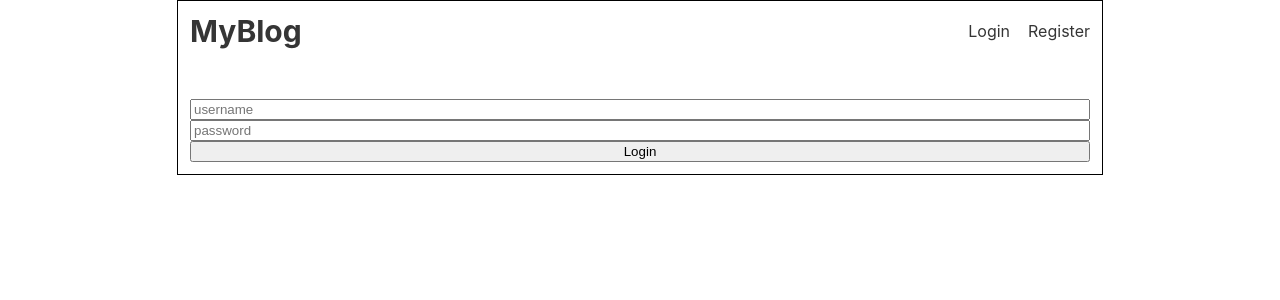
Repository: ateeque-219/BlogApp
Page: /login (app in blogapp/)
An editor plug-in stored every save of this project. The page is shown before and after a run of saves, followed by the edit.
The browser window is 1280 px wide. The pictures show the whole page.
The project was rebuilt for these pictures with package versions that can differ from the ones it lists, and the page was loaded fresh each time. Also part of the build but not shown: blogapp/src/Post.js, blogapp/src/pages/Indexpage.js, blogapp/src/pages/RegisterPage.js.

Above is the page before, as saved 2024-01-09 13:07:47.

### blogapp/src/index.js
import React from 'react';
import ReactDOM from 'react-dom/client';
import './index.css';
import App from './App';
import  { BrowserRouter } from "react-router-dom";

const root = ReactDOM.createRoot(document.getElementById('root'));
root.render(
  <React.StrictMode>
   <BrowserRouter>
   <App />
   </BrowserRouter>
  </React.StrictMode>
);

### blogapp/src/App.js

import { Route, Routes } from 'react-router';
import './App.css';
import Layoutt from './Layoutt';
import Indexpage from './pages/Indexpage';
import LoginPage from './pages/LoginPage';
import RegisterPage from './pages/RegisterPage';
function App() {
  return (
    <Routes>
      <Route path="/" element={<Layoutt />}>
        <Route index element={<Indexpage />} />
        <Route path="/login" element={<LoginPage/>} />
        <Route path ="/register" element={<RegisterPage/>}/>
      </Route>
    </Routes>
  );
}

export default App;

### blogapp/src/App.css
body{
  color: #353535;
}
img{
  max-width: 100%;
}
main{
  padding: 12px;
  max-width: 900px;
  margin:0 auto ;
  border: 1px solid black;
}
header{
 display: flex;
 justify-content: space-between;
 margin-bottom: 50px;
 align-items: center;
}
header a{
  text-decoration: none;
  color: inherit;
}
header a.logo{
  font-weight: bolder;
  font-size: 30px;
}
header nav{
  display: flex;
  gap: 18px;
}
div.post{
  display: flex;
  gap: 22px;
   margin-bottom: 44px;
}
div.texts{
  margin: 0;
  padding: 0;
}

.texts h2 {
  margin: 0;
}

.image {
  margin-top: 18px;
  width: 600px;
}
div.post p.info{
  margin: 5px 0;
  display: flex;
  gap: 5px;
  font-weight: bold;
  color: #888;
  font-size: 1rem;

}
div.post p.info a.author{
  color: #333;
}
div.post p.summary{
  margin:4px 0;
  line-height: 1.5rem;
}
form.login , form.register{
  display: flex;
  flex-direction: column;
}

### blogapp/src/Layoutt.js
import React from 'react'
import Head from './Head'
import { Outlet } from 'react-router-dom'
const Layoutt = () => {
  return (
    <main>
      <Head></Head>
      <Outlet/>
    </main>
  )
}

export default Layoutt

### blogapp/src/pages/LoginPage.js
import React from 'react'
const LoginPage = () => {
  return (
    <form className="login">
    <input type="text" placeholder='username'/>
    <input type="password" placeholder='password'/>
     <button>Login</button>
    </form>
  );
}

export default LoginPage

### blogapp/src/Head.js
import React from 'react'
import { Link } from 'react-router-dom';
const Head = () => {
  return (
    <div><header>
    <Link to="/" className="logo">MyBlog</Link>
    <nav>
      <Link to="/login">Login</Link>
      <Link to="/register">Register</Link>
    </nav>
  </header></div>
  );
};
export default Head;

Loaded but not shown: blogapp/public/index.html (common file); blogapp/src/index.css (common file)

After the next 2 saves:
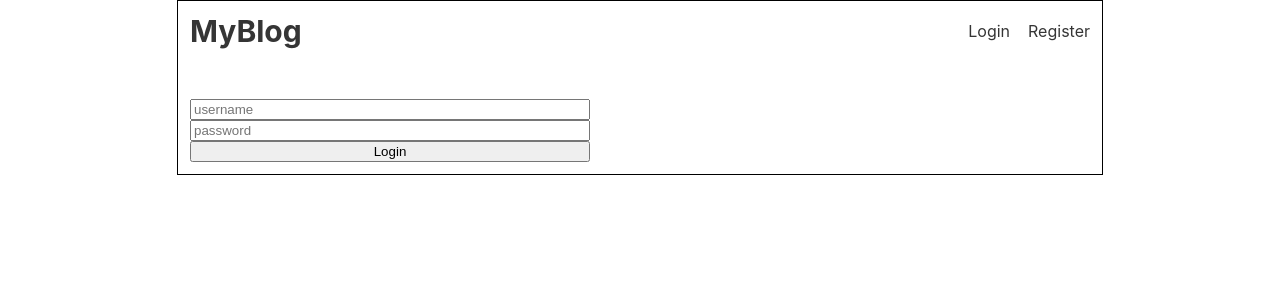
The 2 saves are shown as one change because they came seconds apart.
The last was saved 12 s later.
--- a/blogapp/src/App.css
+++ b/blogapp/src/App.css
@@ -65,4 +65,5 @@ div.post p.summary{
 form.login , form.register{
   display: flex;
   flex-direction: column;
+  max-width: 400px;
 }
